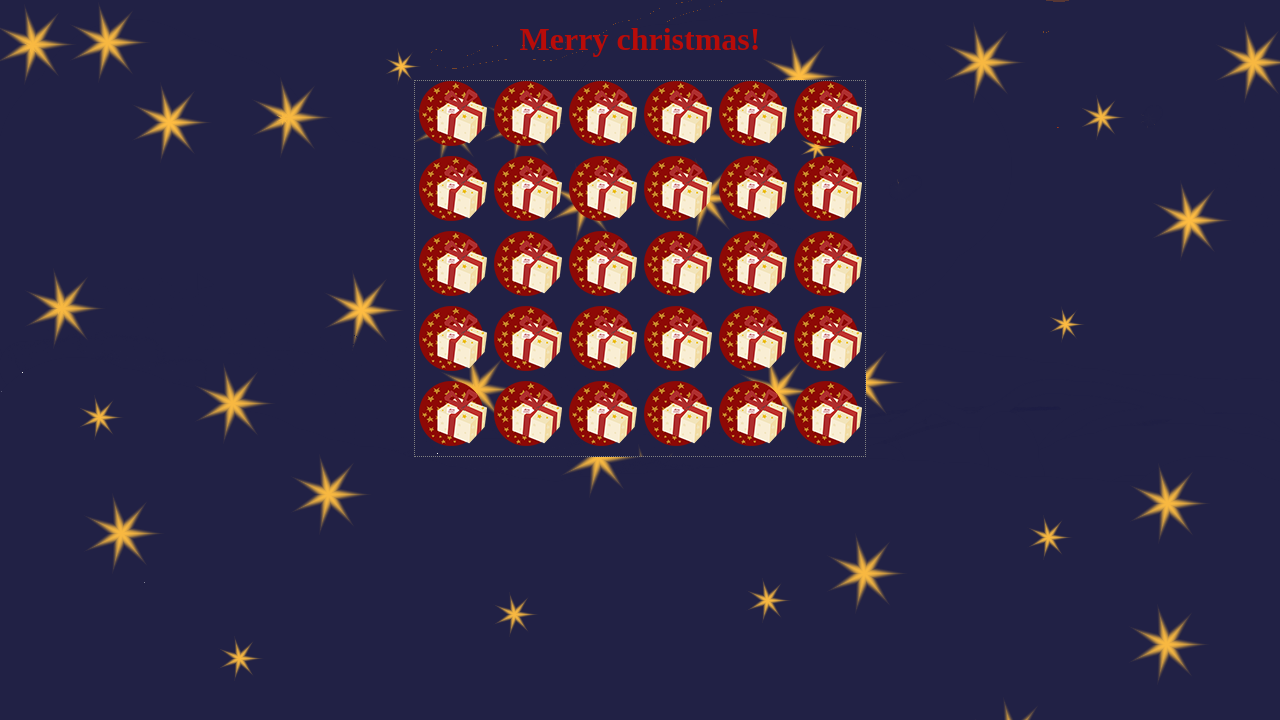
Repository: Angamanga/1dv403-laborationer
Page: 3-gameon/memory/index.html
The author's editor kept a record of every edit. The page is drawn from the files as they stood at one moment, then again after the next edit.
The browser window is 1280 px wide. The pictures show the whole page.
Some web fonts or font styles are not loaded; a fallback is used.

Above is the page before.

### 3-gameon/memory/index.html
<!doctype html>
<html lang="sv">

<head>
    <meta charset="utf-8" />
    <title>Game On!</title>
    <link href='//fonts.googleapis.com/css?family=Mountains+of+Christmas' rel='stylesheet' type='text/css'>
    <link rel="stylesheet" media="screen and (min-width:501px)" href="css/style.css">
    <link rel="stylesheet" media="screen and (max-width:500px)" href="css/mobile.css">
    <meta name="viewport" content="width=device-width, minimum-scale=1">



</head>

<body>
    <main>
        <h1>Merry christmas!</h1>

            <div id="game1"></div>
            <!--<div id="game2"></div>-->


    </main>
     <script src="js/random.js"></script>
     <script src="js/brick.js"></script>
    <script src="js/memory.js"></script>
    <script src="js/script.js"></script>
</body>
</html>

### 3-gameon/memory/css/style.css
/*@media screen and (min-width: 501px)*/
body{
    font-family: 'Mountains of Christmas', cursive;
    background:url(christmassy.png);
    background-color:#E6C79C;
    color:#B80C09;
}

main{
    max-width:960px;

    margin:auto;
    text-align:center;
}
#game1{
    background:url(christmassy.png);
    overflow:hidden;
    background:
    margin:20px;
    margin:0 auto;
    border: 1px dotted grey;
}

#game2{

    margin:0 auto;
    border: 1px dotted grey;
}
#game1 > div, #game2>div{
    float:left;
    width:75px;
    height:75px
}

/*#game1, #game2 > div{*/
/*    background: url(/pics/back.jpg) no-repeat;*/
/*}*/

### 3-gameon/memory/js/random.js

var RandomGenerator = {

	/*
		Denna metod tar antalet rader och columner som inparameter.

		Metoden returnerar en array inneh�llandes utslumpade tal mellan 1 och (rows*cols)/2. Varje tal representeras tv�
		g�nger och motsvarar s�ledes en spelbricka.

		I en 4*4 matris kan Arrayen t.ex. se ut s� h�r:
		[1,2,6,8,6,2,5,3,1,3,7,5,8,4,4,7]

		I en 2*4 matris kan Arrayen t.ex. se ut s� h�r:
		[3,4,4,1,2,1,2,3]
	*/

	getPictureArray: function(rows, cols)
	{
		var numberOfImages = rows*cols;
		var maxImageNumber = numberOfImages/2;

	   	var imgPlace = [];

	   //Utplacering av bilder i Array
	   for(var i=0; i<numberOfImages; i++)
		  imgPlace[i] = 0;

		for(var currentImageNumber=1; currentImageNumber<=maxImageNumber; currentImageNumber++)
		{
			var imageOneOK = false;
			var imageTwoOK = false;

			do
			{
				if(imageOneOK == false)
				{
					var randomOne = Math.floor( (Math.random() * (rows*cols-0) + 0) );

					if( imgPlace[randomOne] == 0 )
					{
						imgPlace[randomOne] = currentImageNumber;
						imageOneOK = true;
					}
				}

				if(imageTwoOK == false)
				{
					var randomTwo = Math.floor( (Math.random() * (rows*cols-0) + 0) );

					if( imgPlace[randomTwo] == 0 )
					{
						imgPlace[randomTwo] = currentImageNumber;
						imageTwoOK = true;
					}
				}
			}
			while(imageOneOK == false || imageTwoOK == false);
		}

		return imgPlace;
	}
}

### 3-gameon/memory/js/brick.js
"use strict";
function Brick(id){

	this.getBrickID = function(){
		return id;
	};
	this.getBrickSrc= function(){
		return "pics/" + id +".png";
	}


	}

### 3-gameon/memory/js/memory.js
"use strict";

var Memory = function(rows, cols, gameID) {
    this.rows = rows; // antal rader
    this.cols = cols; // antal kolumner
    this.gameID = gameID; //hanvisning till div id
    this.order = RandomGenerator.getPictureArray(rows, cols); //array med slumpade nummer
    this.bricks = []; //array med brickor som ska anvandas
    this.flippedBricks = [];
    this.counter = 0;
    this.nbCorrectGuesses = 0;
    this.classID;
    this.nbGuesses = 0;

};

Memory.prototype.flipBrick = function(n, backImage) {
        if (this.counter === 0) {
            this.flippedBricks.push(this.bricks[n].getBrickID());
            this.classID = n;

            return this.bricks[n].getBrickSrc();
        }
        else if (this.counter === 1) {
            this.flippedBricks.push(this.bricks[n].getBrickID());
            return this.bricks[n].getBrickSrc();
        }
    }
    //         else if(this.counter===1){
    //             backImage.src = this.bricks[n].getBrickSrc();
    //             this.brick2=this.bricks[n].getBrickID();
    //           var brick1=document.getElementsByClassName(this.classID);
    //         //     if(this.brick1.getBrickID()===this.brick2.getBrickID()){
    //         //     this.nbCorrectGuesses+2;
    //         //     if(this.nbCorrectGuesses===this.bricks.length){
    //         //     alert("Du klarade det pa " +this.nbCorrectGuesses/2+" gissningar!");
    //         //  }
    //         // else{
    //      setTimeout(function() {
    //         backImage.src = "pics/back.png";
    //         brick1.backImage.src="pics/back.png";
    //      }, 700);
    //      this.counter=0;

//     //     }
//     //   };

//             }
//         }.bind(this);


//   };

Memory.prototype.addBricks = function(n) {
    var memBoard = document.getElementById(this.gameID);
    memBoard.style.width=(this.cols*75+"px");
    memBoard.style.height=(this.rows*75+"px");
    var a = document.createElement("a");
    var backImage = document.createElement("img");
    var div = document.createElement("div");
    a.setAttribute("href", "#");
    backImage.setAttribute("class", n);
    backImage.src = "pics/back.png";
    memBoard.appendChild(div);
    div.appendChild(a);
    a.appendChild(backImage);

    a.onclick = function(e) {
        console.log(this.nbCorrectGuesses);
        if (this.counter === 0) {
            backImage.src = this.flipBrick(n);
            this.counter = 1;
            this.nbGuesses += 1;
            }
        else if (this.counter === 1) {
            backImage.src = this.flipBrick(n);
            if (this.flippedBricks[0] === this.flippedBricks[1]) {
                this.nbCorrectGuesses += 2;
                    if (this.nbCorrectGuesses === this.bricks.length) {
                        alert("You won the game! You needed " + this.nbGuesses + " to finish the game!");
                    }
            }
            else {
                    setTimeout(function() {
                        backImage.src = "pics/back.png";
                        var firstBrick = memBoard.getElementsByClassName(this.classID)[0];
                     firstBrick.src="pics/back.png";
                        }.bind(this), 700);
                    }
                this.flippedBricks=[];
                this.counter=0;
                }

    }.bind(this);

};

Memory.prototype.start = function() {
    //skapar brickor med slumpade id:n och lagger dom i arrayen bricks.
    for (var i = 0; i < this.order.length; i++) {
        this.bricks[i] = new Brick(this.order[i]);
    }
    //lagger ut brickorna pa sidan
    for (var j = 0; j < this.bricks.length; j++) {
        this.addBricks(j);
    }
};

### 3-gameon/memory/js/script.js
"use strickt";
var MemoryApp = {
   init: function(){
      var mem1 = new Memory(5,6,"game1");
      //var mem2 = new Memory(4,3,"game2");
      mem1.start();
      //mem2.start();
   }
};

window.onload=MemoryApp.init();

### 3-gameon/memory/css/mobile.css
/*@media screen and (max-width: 500px)*/
body{
    font-family: 'Mountains of Christmas', cursive;
    background-color:#E6C79C;
    color:#143109;
}
main{
    max-width:90%;
    background-color:#B80C09;
    margin:auto;
    text-align:center;
}

After the next edit:
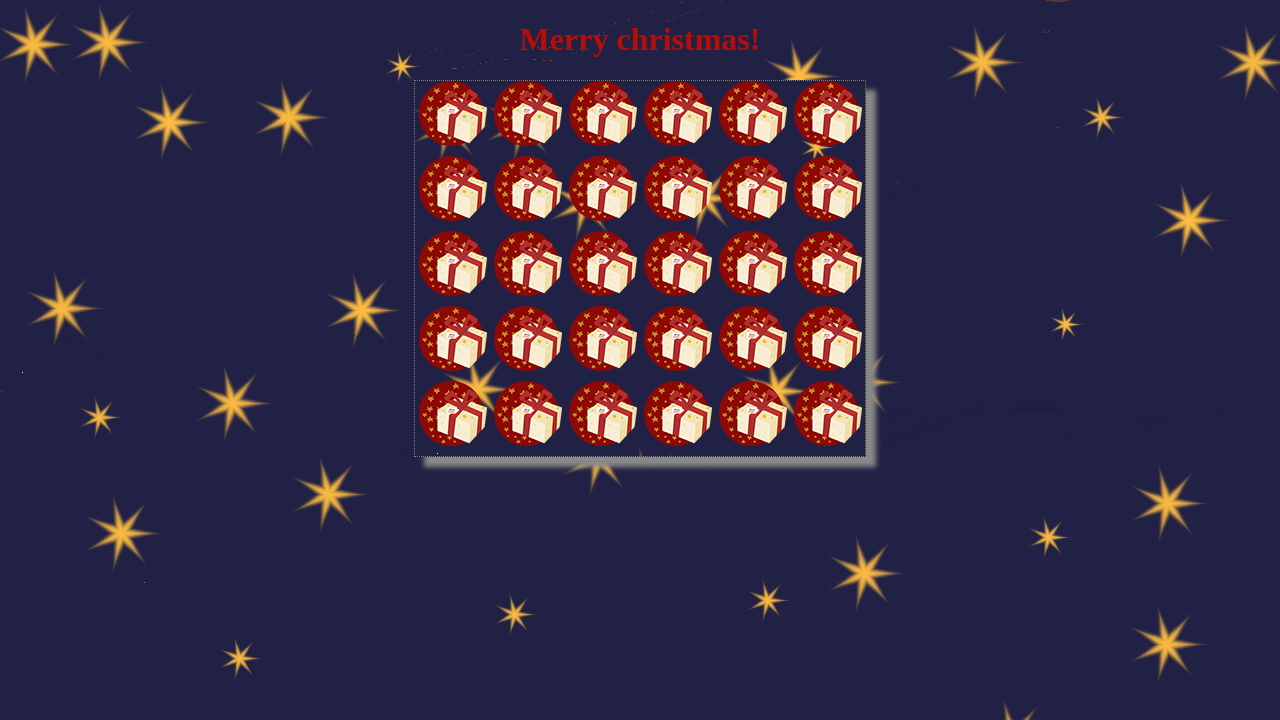
The edit:
--- a/3-gameon/memory/css/style.css
+++ b/3-gameon/memory/css/style.css
@@ -19,6 +19,8 @@
     margin:20px;
     margin:0 auto;
     border: 1px dotted grey;
+   box-shadow: 10px 10px 5px #888888;
+
 }
 
 #game2{
